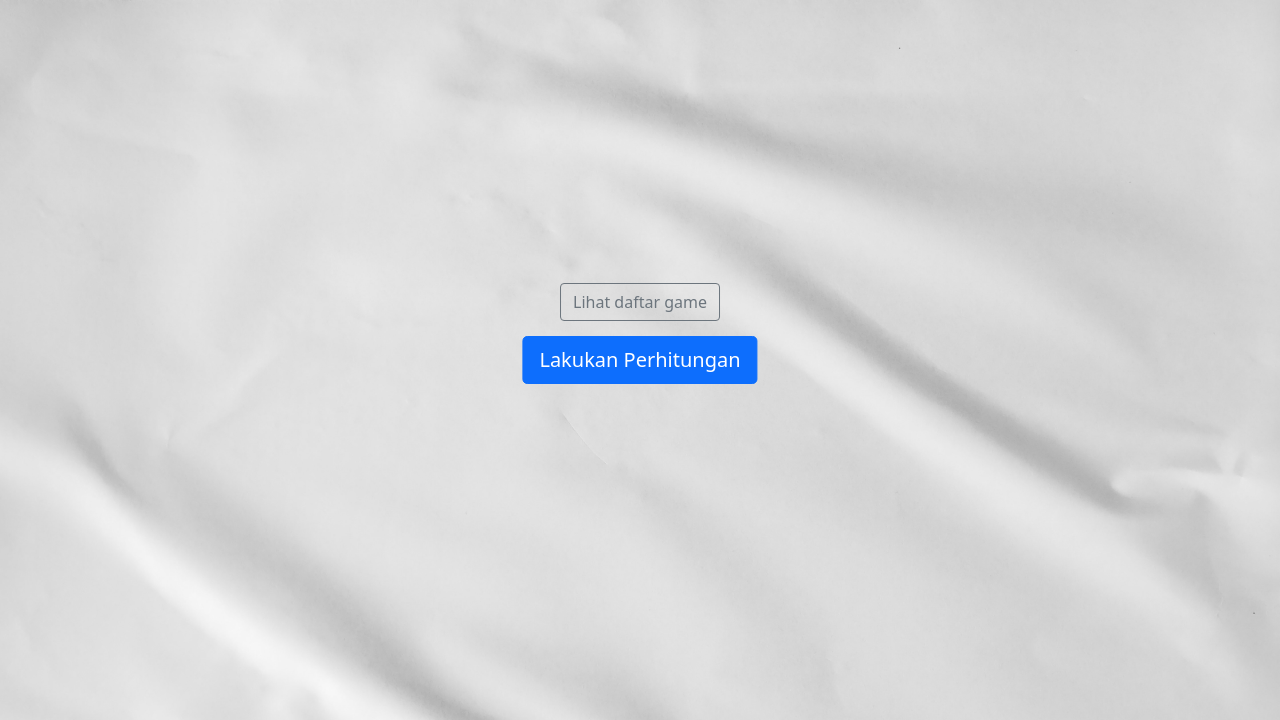
Repository: aqordeon/SPKWP
Page: http://localhost/
An editor plug-in stored every save of this project. The page is shown before and after the next save, followed by the edit.
The browser window is 1280 px wide. The pictures show the whole page.
The page is run by PHP 8.4 with error messages shown; the project is at /var/www/html/.

Above is the page before, as saved 2021-01-13 22:36:18.

### index.php
<?php
    session_start();
    session_unset();
?>

<!DOCTYPE html>
<html lang="en">
<head>
    <meta charset="UTF-8">
    <meta name="viewport" content="width=device-width, initial-scale=1.0">
    <title>Document</title>

    <link rel="stylesheet" href="css/bootstrap.css" type="text/css" />
    <style>
        body {
            background-image: url("images/whitepaper.jpg");
            background-color: #cccccc;
            background-size: cover;
        }
        a {
            margin: 0;
            position: absolute;
            top: 50%;
            left: 50%;
            -ms-transform: translate(-50%, -50%);
            transform: translate(-50%, -50%);
        }
    </style>
</head>
<body>
    <div class="container" style="">
            <a href="listgame.php" class="btn btn-outline-secondary" style="top: 42%;">Lihat daftar game</a>
            <a href="hitungKriteria.php" class="btn btn-primary btn-lg" >Lakukan Perhitungan</a>
    </div>


    <script src="https://cdn.jsdelivr.net/npm/bootstrap@5.0.0-beta1/dist/js/bootstrap.bundle.min.js" integrity="sha384-ygbV9kiqUc6oa4msXn9868pTtWMgiQaeYH7/t7LECLbyPA2x65Kgf80OJFdroafW" crossorigin="anonymous"></script>
</body>
</html>

Loaded but not shown: css/bootstrap.css (library)

After the next save:
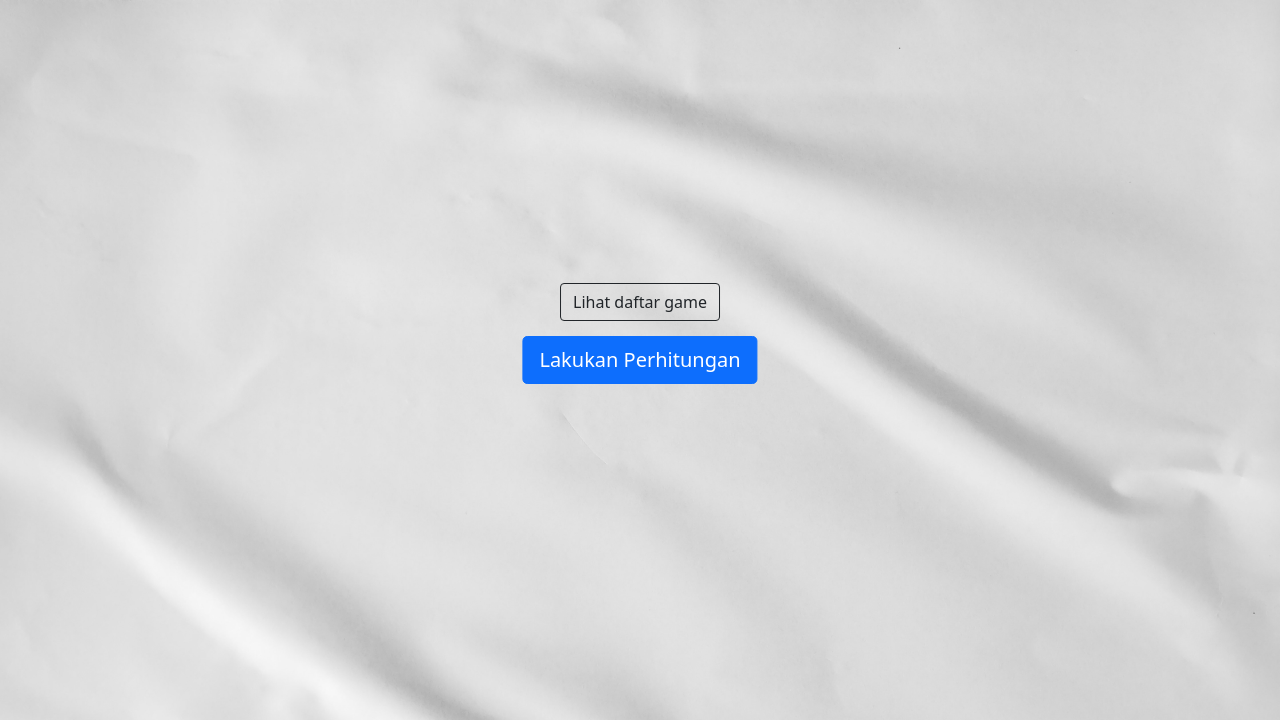
Saved 11 s later.
--- a/index.php
+++ b/index.php
@@ -8,7 +8,7 @@
 <head>
     <meta charset="UTF-8">
     <meta name="viewport" content="width=device-width, initial-scale=1.0">
-    <title>Document</title>
+    <title>Sistem Pendukung Keputusan: Weighted Product</title>
 
     <link rel="stylesheet" href="css/bootstrap.css" type="text/css" />
     <style>
@@ -29,7 +29,7 @@
 </head>
 <body>
     <div class="container" style="">
-            <a href="listgame.php" class="btn btn-outline-secondary" style="top: 42%;">Lihat daftar game</a>
+            <a href="listgame.php" class="btn btn-outline-dark" style="top: 42%;">Lihat daftar game</a>
             <a href="hitungKriteria.php" class="btn btn-primary btn-lg" >Lakukan Perhitungan</a>
     </div>
 
